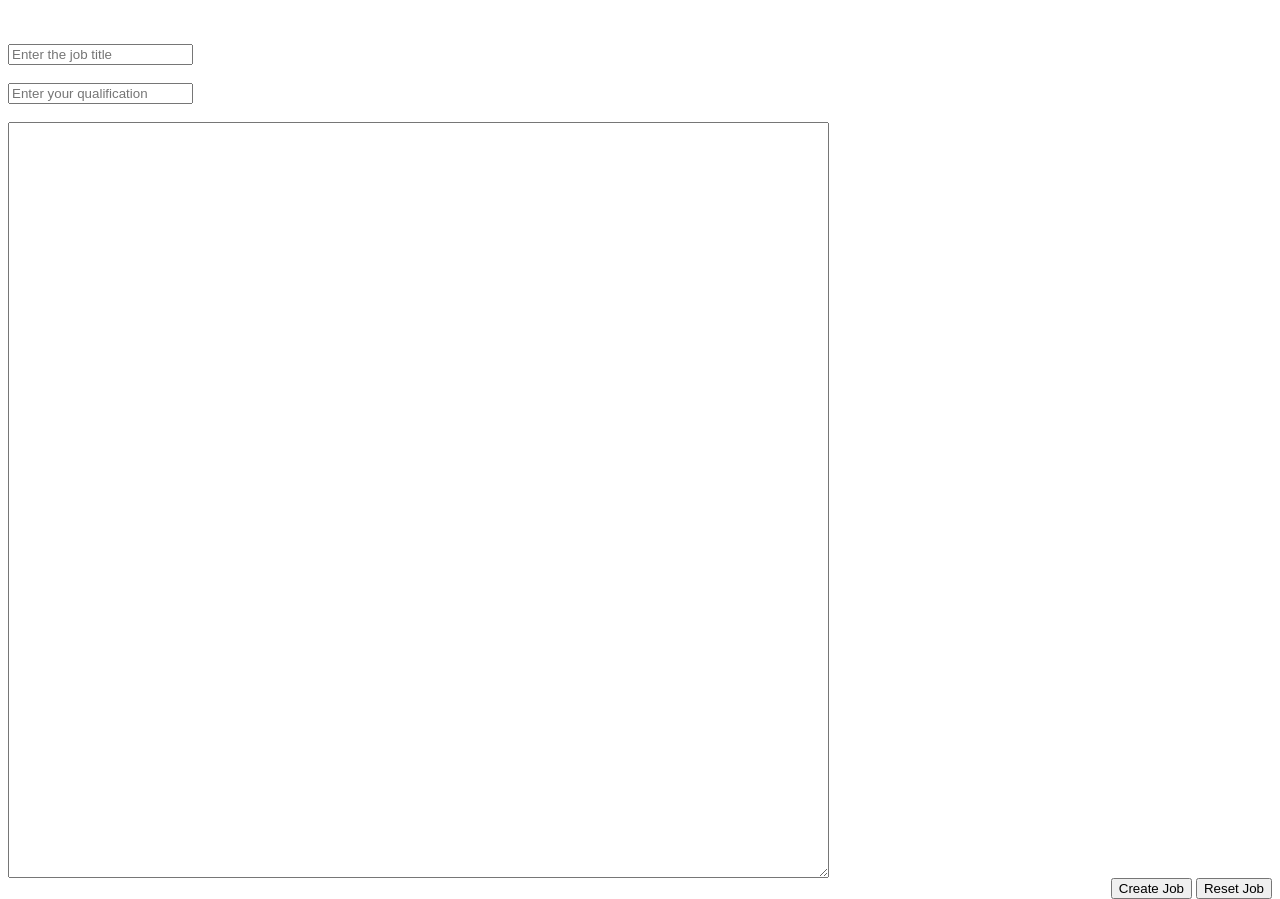
Repository: shailaja1601/collaborative_project
Page: CollabarationFrontEnd/WebContent/job/post_job.html
The author's editor kept a copy of each file at every save. The page is drawn from the files as they stood at one save, then again after the next save.
The browser window is 1280 px wide. The pictures show the whole page.

Above is the page before, as saved 2017-02-07 19:33:48.

After the next save:
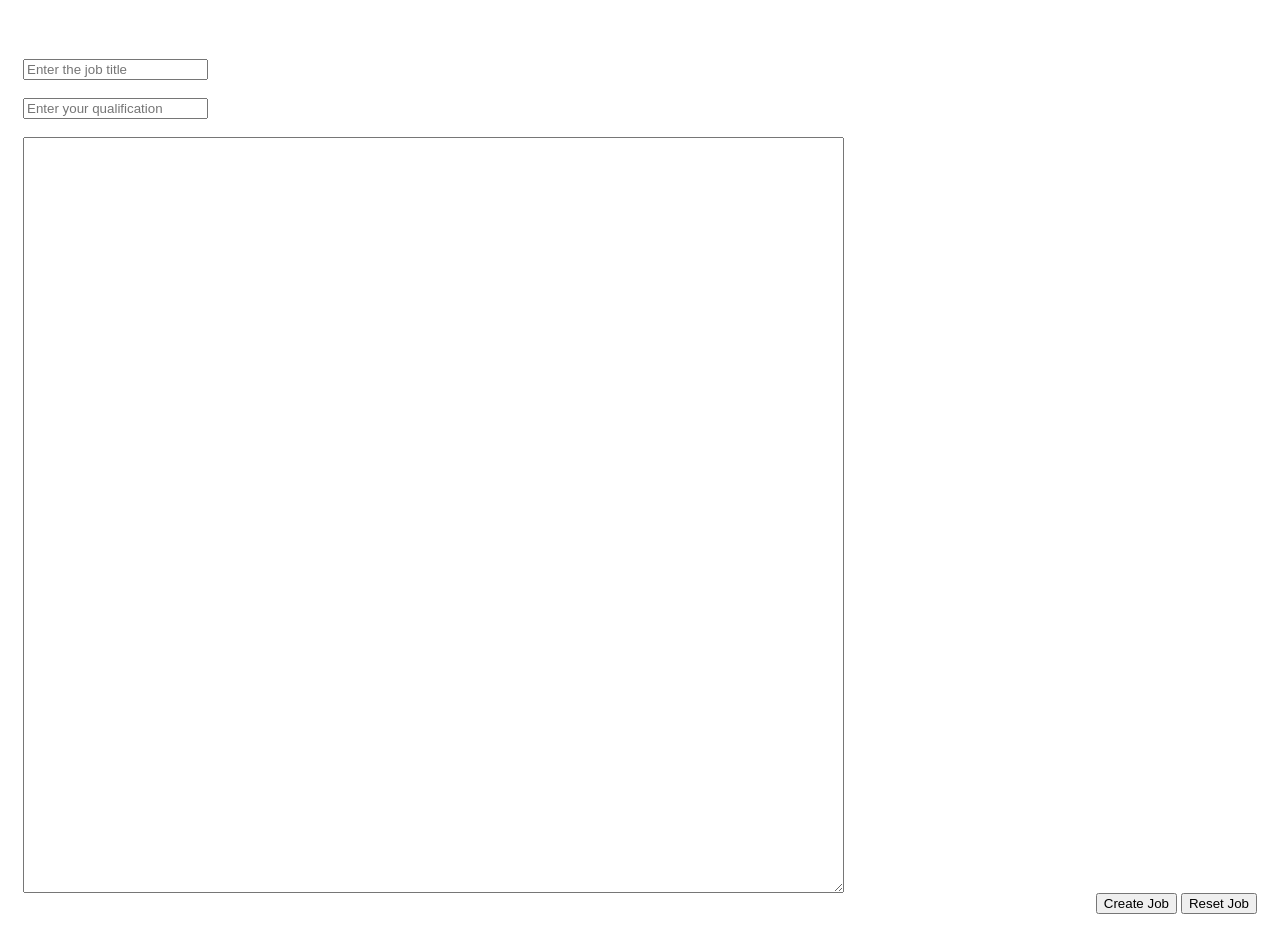
Saved 41 s later.
--- a/CollabarationFrontEnd/WebContent/job/post_job.html
+++ b/CollabarationFrontEnd/WebContent/job/post_job.html
@@ -4,6 +4,7 @@
 .panel{
  border-radius: 20px;
 background-color:rgba(255,255,255,0.1);
+padding:15px;
 }
 
 </style>
